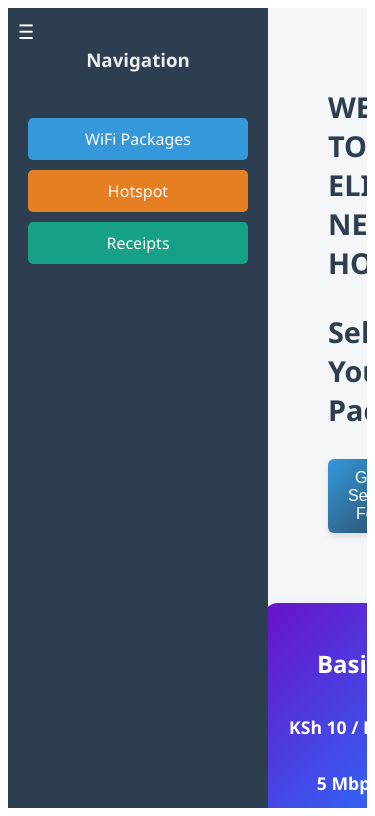
Repository: rachel648/system_Bill
Page: / (app in client/)
The author's editor kept a copy of each file at every save. The page is drawn from the files as they stood at one save, then again after the next save.
The browser window is 375 px wide. The pictures show the whole page.
The page's requests for data from a server got no answer. The project was rebuilt for these pictures with package versions that can differ from the ones it lists, and the page was loaded fresh each time. No one was signed in, and anything a server would have sent is missing. Also part of the build but not shown: client/src/components/ServiceForm.js, client/src/Hotspot.css, client/src/Hotspot.js, client/src/admin.js. Imported but missing from the stored project, and not drawn on this page: client/src/Receipts.

Above is the page before, as saved 2025-07-11 00:38:26.

After the next save:
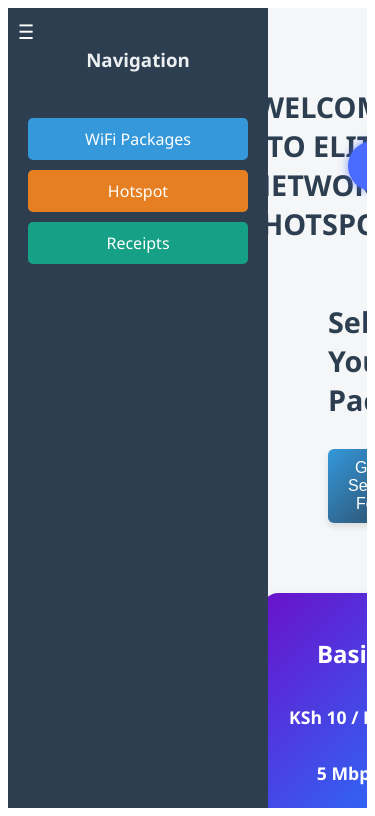
Saved 70 s later.
--- a/client/src/Packages.css
+++ b/client/src/Packages.css
@@ -265,4 +265,59 @@ input[type="tel"]:focus {
   .heading {
     font-size: 1.8rem;
   }
-}
+
+  /* Logo styles */
+.header-container {
+  display: flex;
+  align-items: center;
+  justify-content: center;
+  position: relative;
+  margin-bottom: 20px;
+}
+
+.logo-container {
+  position: absolute;
+  left: 20px;
+}
+
+.animated-logo {
+  position: relative;
+  width: 60px;
+  height: 60px;
+}
+
+.logo-circle {
+  width: 50px;
+  height: 50px;
+  background-color: #4a6bff;
+  border-radius: 50%;
+  position: absolute;
+  z-index: 2;
+  box-shadow: 0 0 10px rgba(74, 107, 255, 0.7);
+}
+
+.logo-pulse {
+  position: absolute;
+  width: 60px;
+  height: 60px;
+  background-color: rgba(74, 107, 255, 0.4);
+  border-radius: 50%;
+  z-index: 1;
+  animation: pulse 2s infinite;
+}
+
+@keyframes pulse {
+  0% {
+    transform: scale(0.8);
+    opacity: 0.7;
+  }
+  70% {
+    transform: scale(1.3);
+    opacity: 0;
+  }
+  100% {
+    transform: scale(0.8);
+    opacity: 0;
+  }
+}
+}
